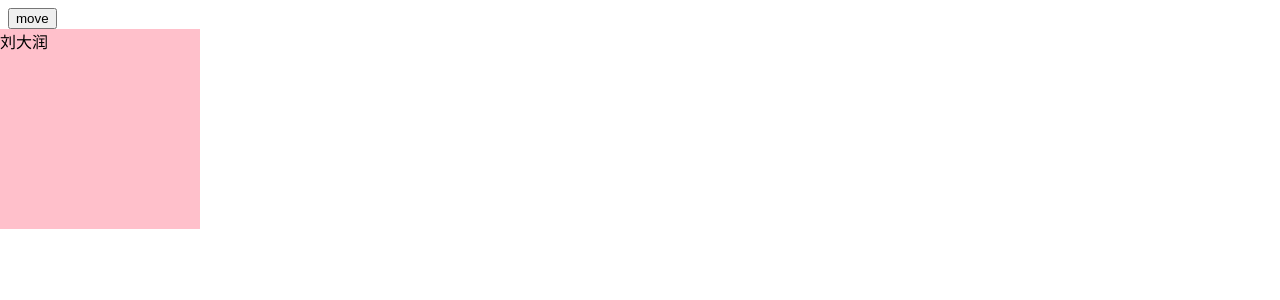
Repository: szl156/class
Page: review/javascript/test/test.html
These files come from the project's save history. The page is drawn as it stood at one moment and after the next save; the edit follows.
The browser window is 1280 px wide. The pictures show the whole page.
After loading, the first visible `button` was clicked once.

Above is the page before, as saved 2022-07-25 21:56:18.

### review/javascript/test/test.html
<!DOCTYPE html>
<html lang="en">

<head>
    <meta charset="UTF-8">
    <meta http-equiv="X-UA-Compatible" content="IE=edge">
    <meta name="viewport" content="width=device-width, initial-scale=1.0">
    <title>Document</title>
    <style>
        div {
            position: absolute;
            top: 20;
            left: 0;
            width: 200px;
            height: 200px;
            background-color: pink;
        }
    </style>
</head>

<body>
    <button>move</button>
    <div>
        刘大润
    </div>
    <script>
        const btn = document.querySelector('button')
        const div = document.querySelector('div')

        function animate(obj, target) {
            obj.timer = setInterval(function() {
                let step = (target - obj.offsetLeft) / 10
                if (obj.offsetLeft >= target) {
                    clearInterval(obj.timer)
                }
                obj.style.left = obj.offsetLeft + step + 'px'
            })
        }
        btn.addEventListener('click', function() {
            animate(div)
        })
    </script>
</body>

</html>

After the next save:
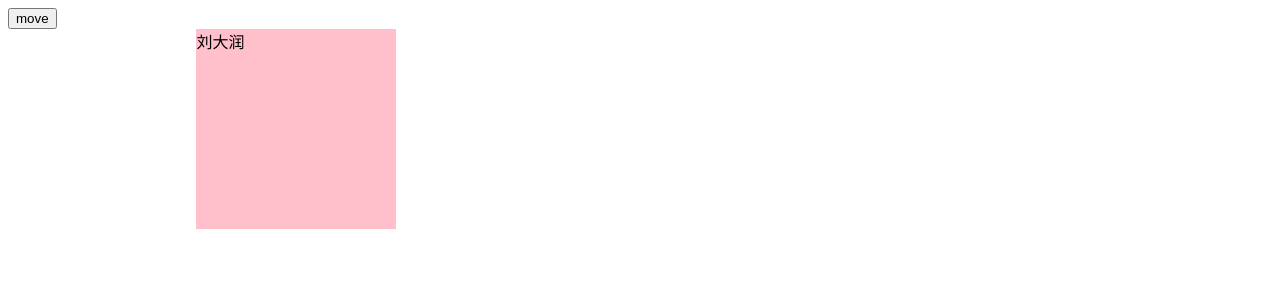
Saved 24 s later.
--- a/review/javascript/test/test.html
+++ b/review/javascript/test/test.html
@@ -37,7 +37,7 @@
             })
         }
         btn.addEventListener('click', function() {
-            animate(div)
+            animate(div, 200)
         })
     </script>
 </body>
